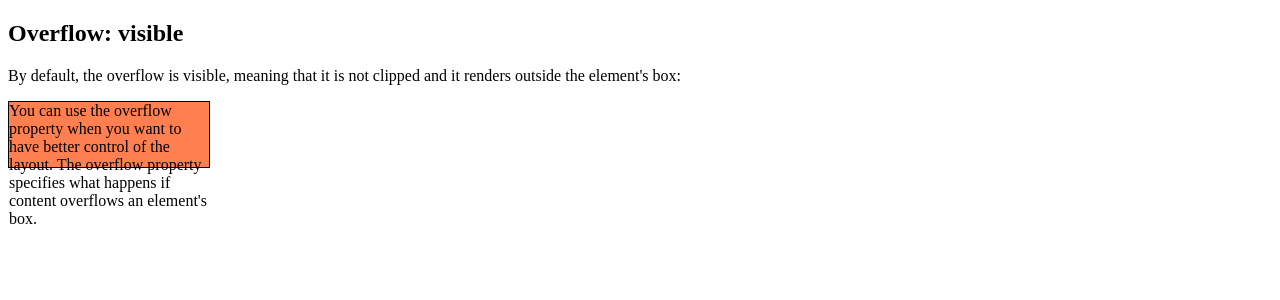
Repository: skybluelion/KB
Page: KB/work05_front/front02_css3/src/main/webapp/css10_overflow.html
The author's editor kept a copy of each file at every save. The page is drawn from the files as they stood at one save, then again after the next save.
The browser window is 1280 px wide. The pictures show the whole page.

Above is the page before, as saved 2023-04-10 04:30:47.

### KB/work05_front/front02_css3/src/main/webapp/css10_overflow.html
<!DOCTYPE html>
<html>
<head>
<style>
div {
  background-color: coral;
  width: 200px;
  height: 65px;
  border: 1px solid;
  overflow: visible;
}
</style>
</head>
<body>

<h2>Overflow: visible</h2>

<p>By default, the overflow is visible, meaning that it is not clipped and it renders outside the element's box:</p>

<div>You can use the overflow property when you want to have better control of the layout. The overflow property specifies what happens if content overflows an element's box.</div>

</body>
</html>

After the next save:
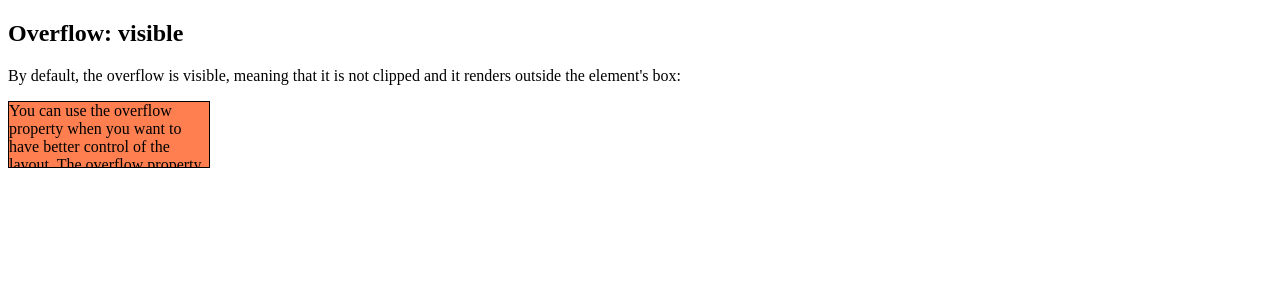
Saved 106 s later.
--- a/KB/work05_front/front02_css3/src/main/webapp/css10_overflow.html
+++ b/KB/work05_front/front02_css3/src/main/webapp/css10_overflow.html
@@ -7,7 +7,7 @@ div {
   width: 200px;
   height: 65px;
   border: 1px solid;
-  overflow: visible;
+  overflow: hidden;
 }
 </style>
 </head>
